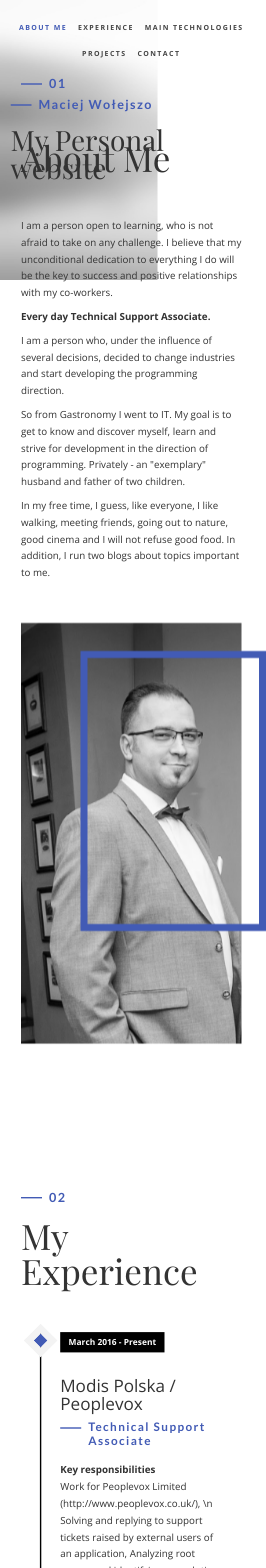
Repository: Maciej85Lodz/maciejwolejszo.pl
Page: index.html
These files come from the project's save history. The page is drawn as it stood at one moment and after the next save; the edit follows.
The browser window is 375 px wide. The page is 380 px wide, so the pictures cover 380 px, including what lies to the right of the window. The pictures show the part of the page from y = 0 to 2240 px (the page is 6399 px tall), at 70% of full size.
Some web fonts or font styles are not loaded; a fallback is used.

Above is the page before, as saved 2019-06-01 00:03:37.
Console error: TypeError: Cannot set properties of null (setting 'innerHTML')

After the next save:
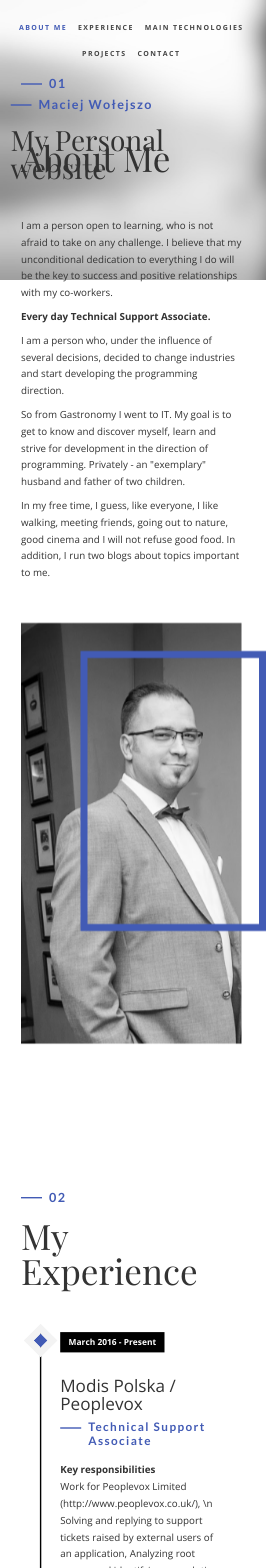
Saved 75 s later.
--- a/css/style.css
+++ b/css/style.css
@@ -789,7 +789,7 @@ fieldset {
         position: fixed;
     }
     #home {
-        width: 60%;
+        width: 150%;
     }
     .about-border {
         width: 265px;
